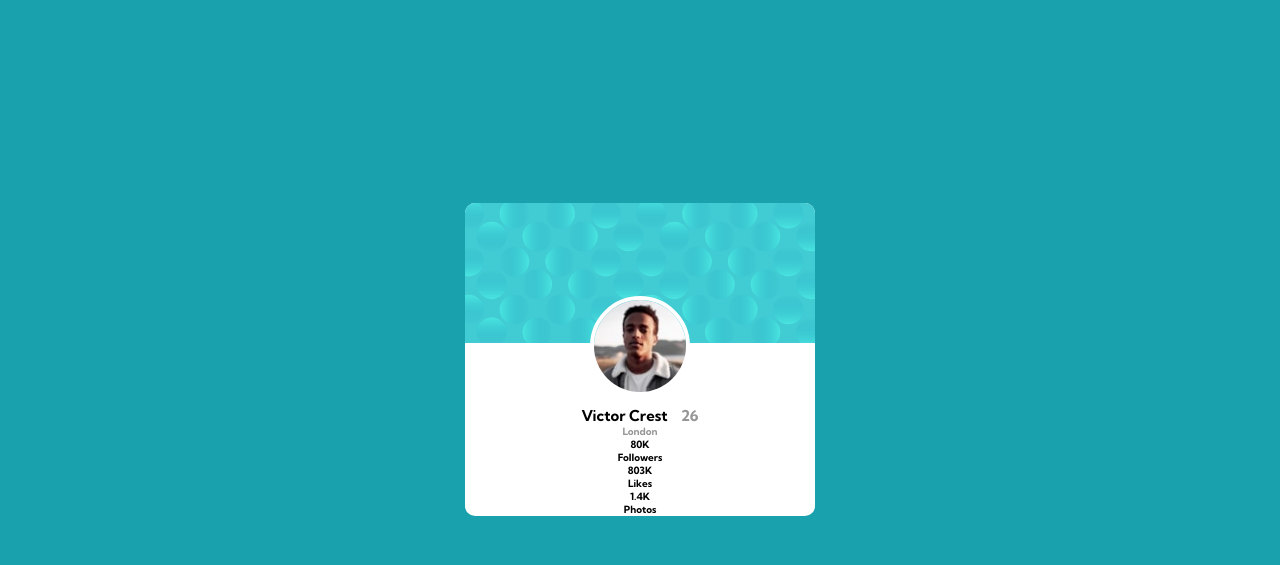
Repository: thaibaocoder1/profile-card-component-main
Page: index.html
An editor plug-in stored every save of this project. The page is shown before and after the next save, followed by the edit.
The browser window is 1280 px wide. The pictures show the whole page.

Above is the page before, as saved 2023-01-11 14:00:50.

After the next save:
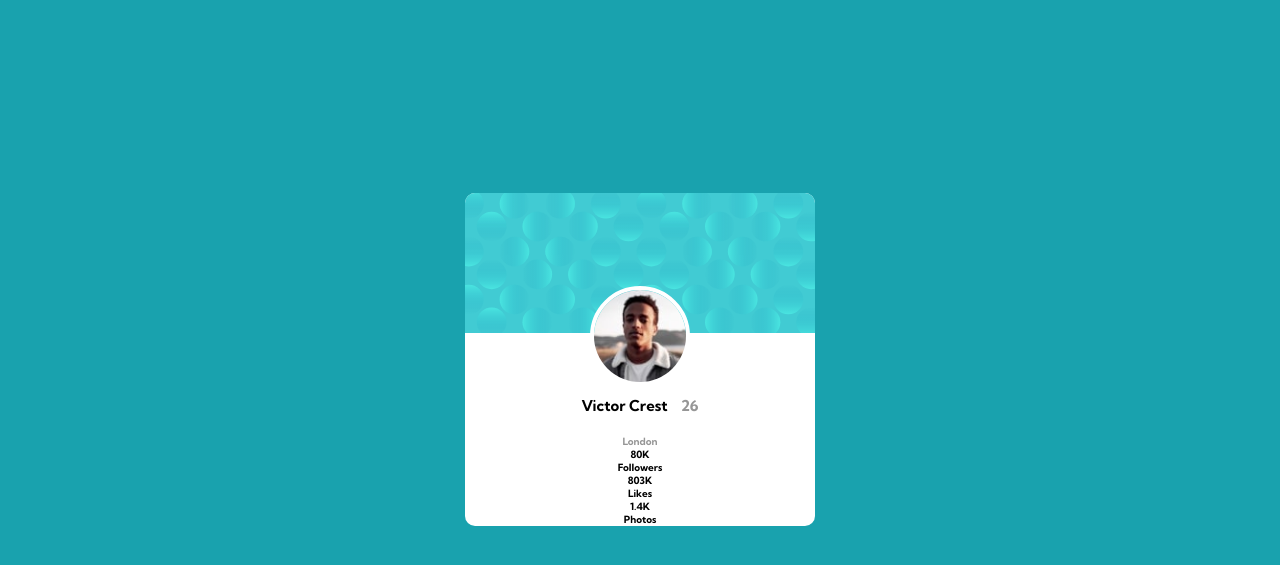
Saved 22 s later.
--- a/style.css
+++ b/style.css
@@ -60,4 +60,5 @@ body {
 }
 .card__content .card__bottom--address {
     color: var(--dark-grey);
+    padding-top: 2rem;
 }
